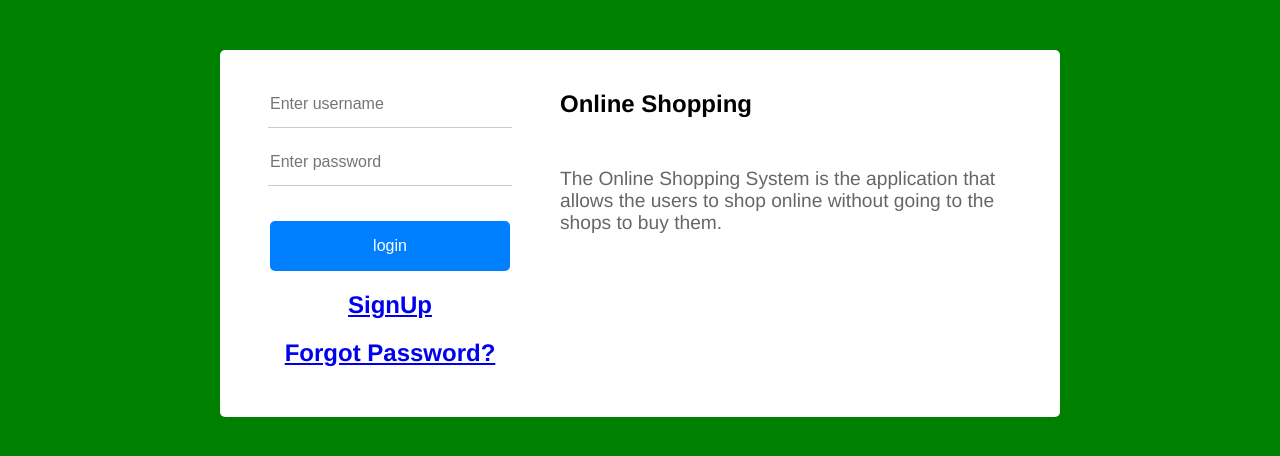
Repository: Dineshbabu290904/DigiMart
Page: http://localhost/DigiMart/login.jsp
An editor plug-in stored every save of this project. The page is shown before and after the next save, followed by the edit.
The browser window is 1280 px wide. The pictures show the whole page.
The page is served by Tomcat 9. Other server files are loaded and not shown.

Above is the page before, as saved 2024-10-14 08:32:57.

### DigiMart/src/main/webapp/login.jsp

<!DOCTYPE html>
<html>
<head>
<link rel="stylesheet" href="css/signup-style.css">
<title>Login</title>
</head>
<body>
<div id='container'>
  <div class='signup'>
     <form action="login" method="post">
     	<input type="text" name="username" placeholder="Enter username" required>
     	<input type="password" name="password" placeholder="Enter password" required>
     	<input type="submit" value="login">
     </form>
      <h2><a href="signup.jsp">SignUp</a></h2>
       <h2><a href="forgotPassword.jsp">Forgot Password?</a></h2>
  </div>
  <div class='whysignLogin'>
  		  <%
            String msg = request.getParameter("msg");
            if ("notexist".equals(msg)) {
          %>
          <h1>Incorrect Username or Password</h1>
          <% } else if ("invalid".equals(msg)) { %>
          <h1>Some thing Went Wrong! Try Again !</h1>
          <% } %>

    <h2>Online Shopping</h2>
    <p>The Online Shopping System is the application that allows the users to shop online without going to the shops to buy them.</p>
  </div>
</div>

</body>
</html>

### DigiMart/src/main/webapp/css/signup-style.css
body {
  background-color: green;
  font: 1em Helvetica;
}

#container {
  width: 840px;
  margin: 25px auto;
  margin-top: 50px;
}

.whysign {
  float: left;
  background-color: white;
  width: 480px;
  height: 528px;
  border-radius: 0 5px 5px 0;
  padding-top: 20px;
  padding-right: 20px;
}
.whysignLogin
{
	float: left;
  background-color: white;
  width: 480px;
  height: 347px;
  border-radius: 0 5px 5px 0;
  padding-top: 20px;
  padding-right: 20px;
}
.whyforgotPassword
{
	float: left;
  background-color: white;
  width: 480px;
  height: 470px;
  border-radius: 0 5px 5px 0;
  padding-top: 20px;
  padding-right: 20px;
}
.signup {
  float: left;
  width: 300px;
  padding: 30px 20px;
  background-color: white;
  text-align: center;
  border-radius: 5px 0 0 5px;
}


[type=text],[type=email],[type=number],[type=password],select,option {
  display: block;
  margin: 0 auto;
  width: 80%;
  border: 0;
  border-bottom: 1px solid rgba(0,0,0,.2);
  height: 45px;
  line-height: 45px;
  margin-bottom: 10px;
  font-size: 1em;
  color: black;
}

[type=submit] {
  margin-top: 25px;
  width: 80%;
  border: 0;
  background-color: #0080FF;
  border-radius: 5px;
  height: 50px;
  color: white;
  font-weight: 400;
  font-size: 1em;
}

[type='text']:focus {
  outline: none;
  border-color: #53CACE;
}

h1 {
  color: red;
  font-weight: 900;
  font-size: 2.5em;
}

p {
  color: rgba(0,0,0,.6);
  font-size: 1.2em;
  margin: 50px 0 50px 0;
}

span {
  font-size: .75em;
  background-color: white;
  padding: 2px 5px;
  color: rgba(0,0,0,.6);
  border-radius: 2px;
  box-shadow: 1px 1px 1px rgba(0,0,0,.3);
  margin: 5px;
}

span:hover {
  color: #53CACE;
}

p:nth-of-type(2) {
  font-size: 1em;
}

After the next save:
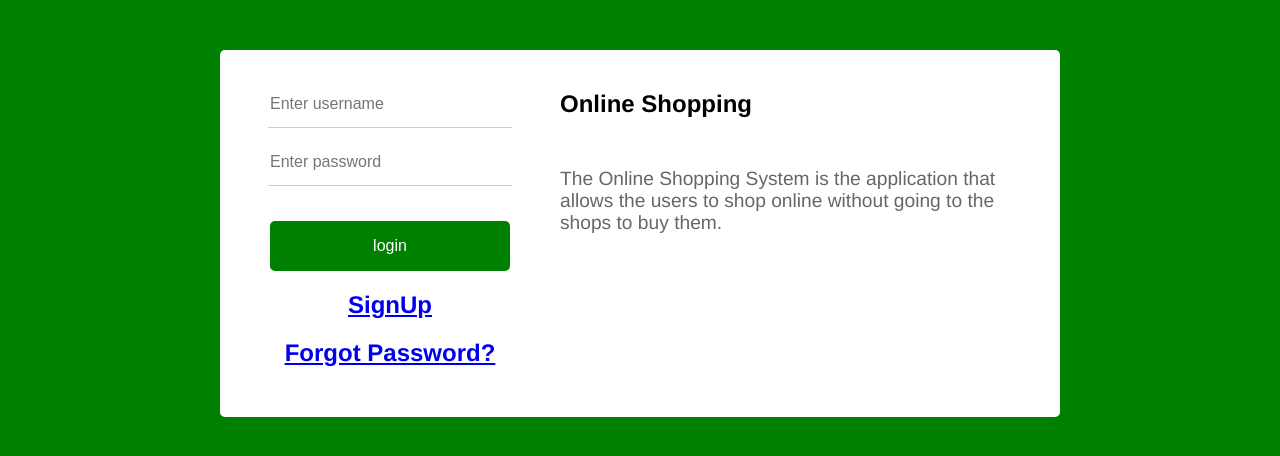
Saved 22 s later.
--- a/DigiMart/src/main/webapp/css/signup-style.css
+++ b/DigiMart/src/main/webapp/css/signup-style.css
@@ -65,7 +65,7 @@ body {
   margin-top: 25px;
   width: 80%;
   border: 0;
-  background-color: #0080FF;
+  background-color: green;
   border-radius: 5px;
   height: 50px;
   color: white;
